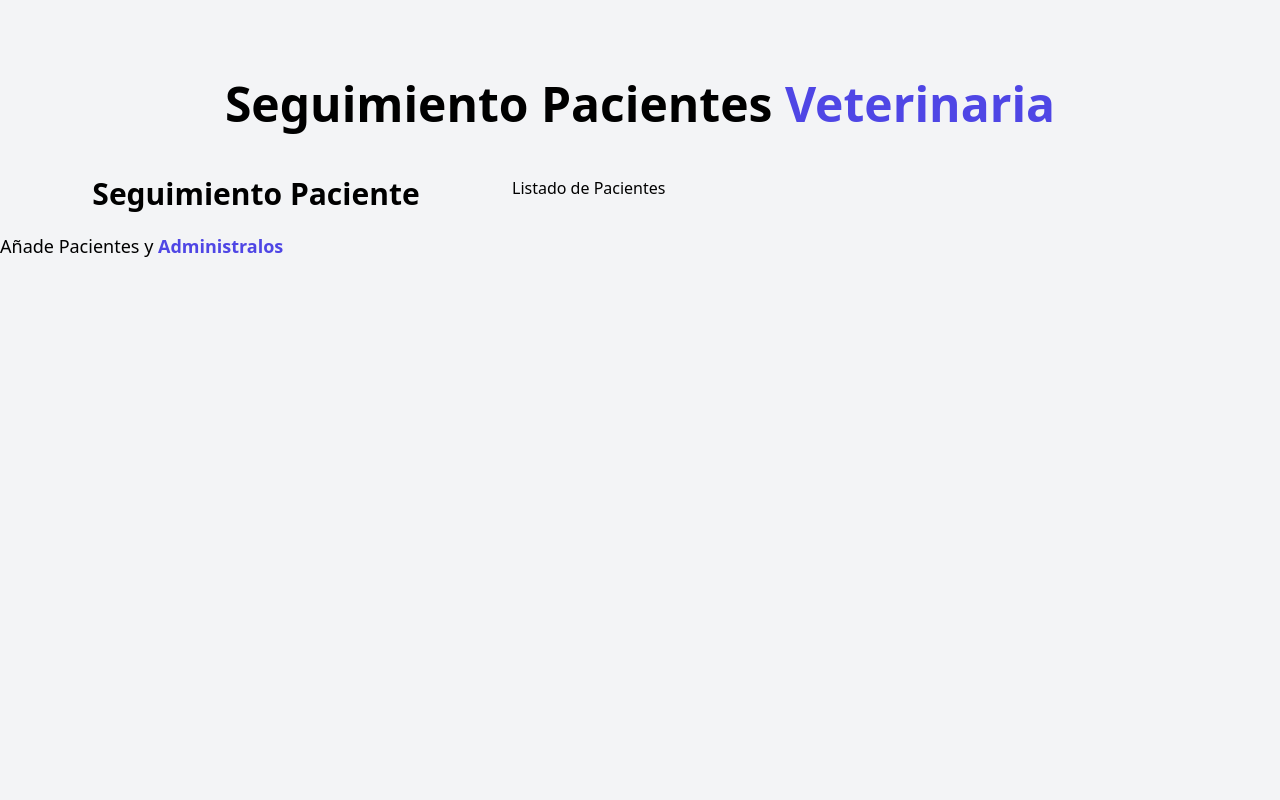
Repository: richardacb/citas_react_vite
Page: /
An editor plug-in stored every save of this project. The page is shown before and after a run of saves, followed by the edit.
The browser window is 1280 px wide. The pictures show the whole page.
The project was rebuilt for these pictures with package versions that can differ from the ones it lists, and the page was loaded fresh each time. Also part of the build but not shown: vite.config.js.

Above is the page before, as saved 2022-12-17 02:38:20.

### src/App.jsx
import { useState } from "react";
import Header from "./components/Header";
import Formulario from "./components/Formulario";
import ListadoPacientes from "./components/ListadoPacientes";

function App() {
  return (
    <div className="container mx-auto mt-20">
      <Header />
      <div className="mt-12 md:flex">
        <Formulario />
        <ListadoPacientes />
      </div>
    </div>
  );
}

export default App;

### src/components/Header.jsx
function Header() {
  return (
    <>
        <h1 className="font-black text-5xl text-center md:w-2/3 mx-auto">Seguimiento Pacientes {''}
         <span className="text-indigo-600">Veterinaria</span></h1>
    </>
  );
}

export default Header;

### src/components/Formulario.jsx
const Formulario = () => {
    return (
        <div className="md:w-1/2 lg:w-2/5">
            <h2 className="font-black text-3xl text-center">Seguimiento Paciente</h2>

            <p className="text-lg mt-5">
                Añade Pacientes y {''} <span className="text-indigo-600 font-bold">Administralos</span>
            </p>
        </div>
    )
}

export default Formulario;

### src/components/ListadoPacientes.jsx
const ListadoPacientes = () => {
  return (
    <div className="w-1/2 lg:w-3/5">
      <h2>Listado de Pacientes</h2>
    </div>
  );
};

export default ListadoPacientes;

Loaded but not shown: index.html (common file); src/main.jsx (common file); src/index.css (common file); tailwind.config.cjs (common file)

After the next 2 saves:
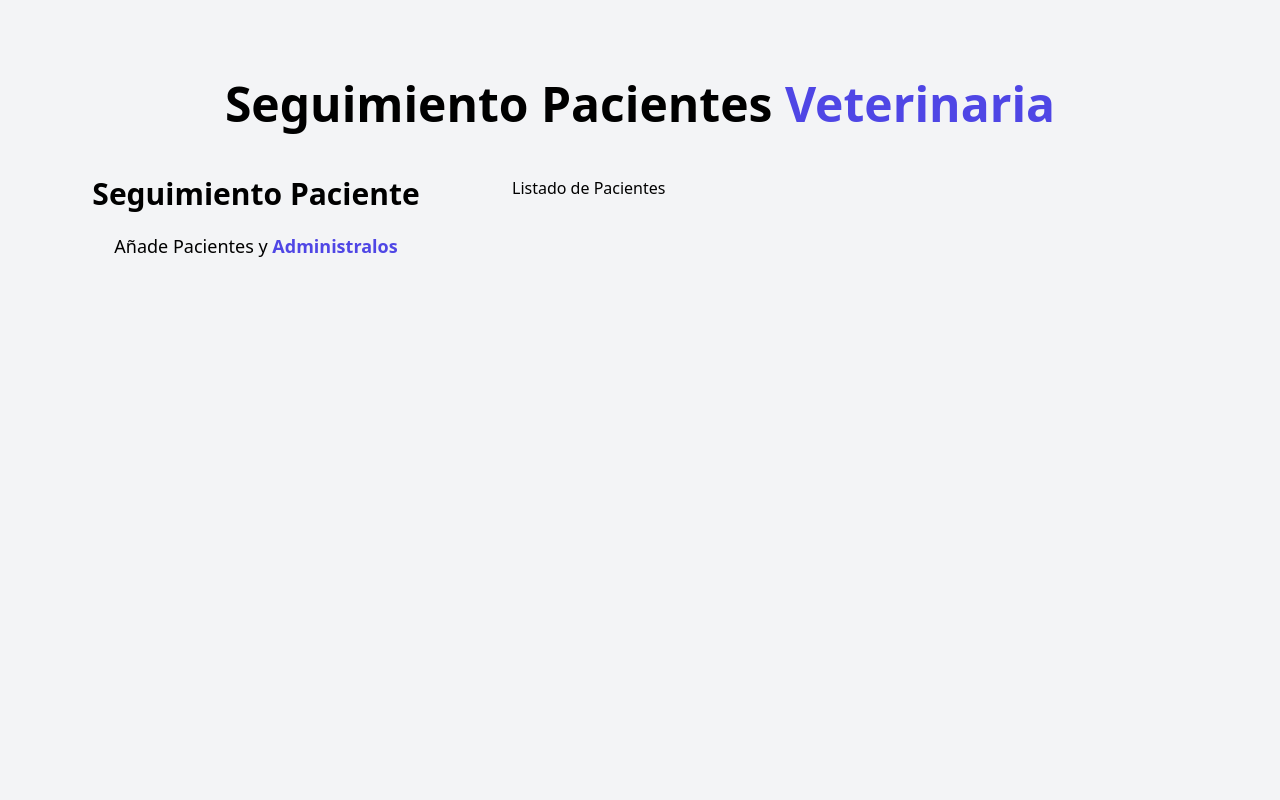
The 2 saves are shown as one change because they came seconds apart.
The last was saved 10 s later.
--- a/src/components/Formulario.jsx
+++ b/src/components/Formulario.jsx
@@ -3,7 +3,7 @@ const Formulario = () => {
         <div className="md:w-1/2 lg:w-2/5">
             <h2 className="font-black text-3xl text-center">Seguimiento Paciente</h2>
 
-            <p className="text-lg mt-5">
+            <p className="text-lg mt-5 text-center">
                 Añade Pacientes y {''} <span className="text-indigo-600 font-bold">Administralos</span>
             </p>
         </div>
